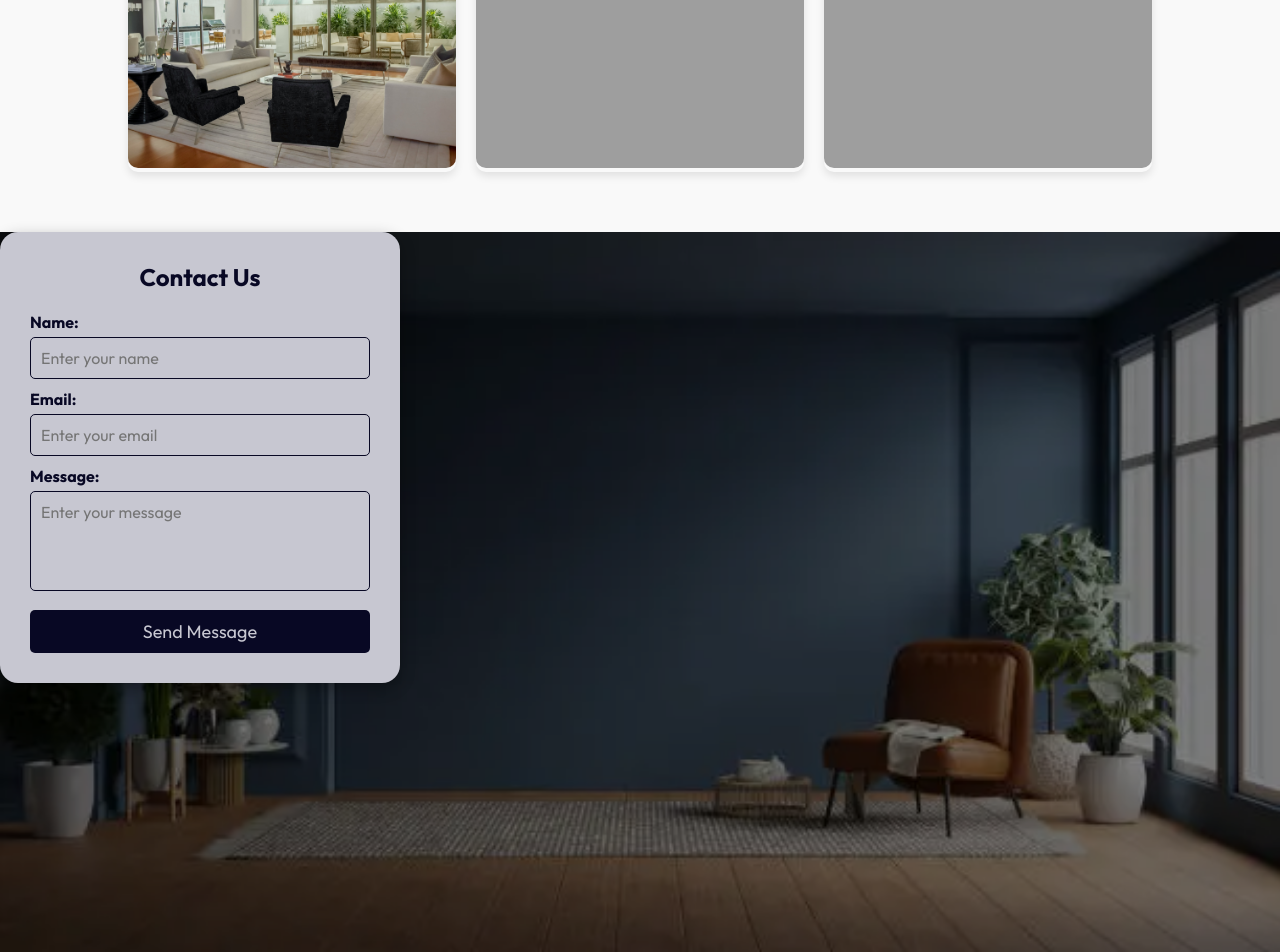
Repository: TechProjectss/Portfolio
Page: / (app in Merajweb/)
These files come from the project's save history. The page is drawn as it stood at one moment and after the next save; the edit follows.
The browser window is 1280 px wide. The pictures show the part of the page from y = 2747 to 3699 px (the page is 3699 px tall).
Pictures or frames that could not be fetched are drawn as grey boxes. The project was rebuilt for these pictures with package versions that can differ from the ones it lists, and the page was loaded fresh each time. Also part of the build but not shown: Merajweb/vite.config.js.

Above is the page before, as saved 2025-02-26 12:36:45.

After the next save:
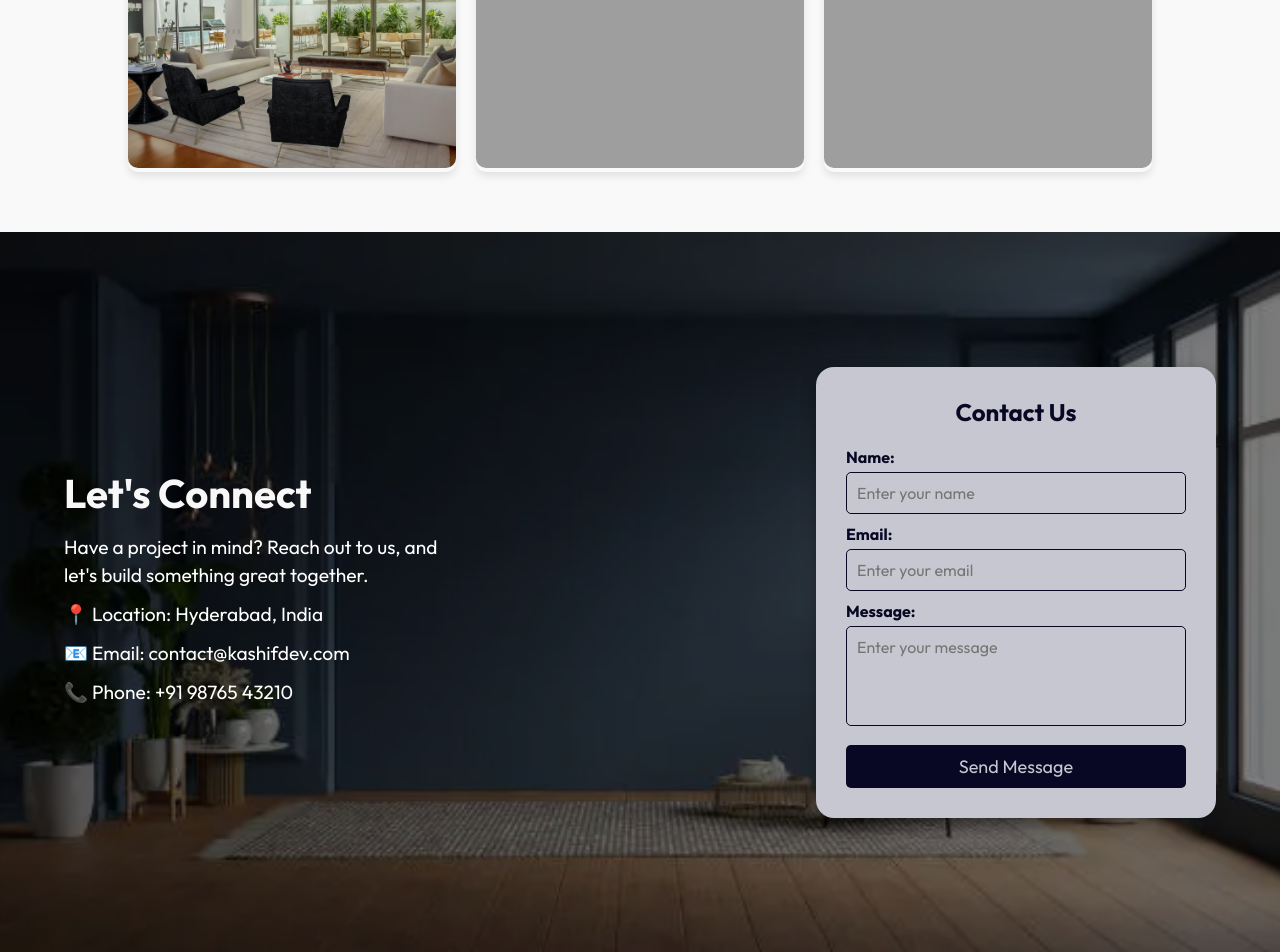
Saved 3 s later.
--- a/Merajweb/src/components/Contact/Contact.jsx
+++ b/Merajweb/src/components/Contact/Contact.jsx
@@ -4,22 +4,32 @@ import "./Contact.css";
 const Contact = () => {
     return (
         <div className="contact-page">
-            <div className="overlay">
-                <div className="contact-form">
-                    <h2>Contact Us</h2>
-                    <form>
-                        <label>Name:</label>
-                        <input type="text" placeholder="Enter your name" required />
+            <div className="overlay"></div>
 
-                        <label>Email:</label>
-                        <input type="email" placeholder="Enter your email" required />
+            {/* Left Side Content */}
+            <div className="contact-info">
+                <h1>Let's Connect</h1>
+                <p>Have a project in mind? Reach out to us, and let's build something great together.</p>
+                <p>📍 Location: Hyderabad, India</p>
+                <p>📧 Email: contact@kashifdev.com</p>
+                <p>📞 Phone: +91 98765 43210</p>
+            </div>
 
-                        <label>Message:</label>
-                        <textarea placeholder="Enter your message" required></textarea>
+            {/* Contact Form */}
+            <div className="contact-form">
+                <h2>Contact Us</h2>
+                <form>
+                    <label>Name:</label>
+                    <input type="text" placeholder="Enter your name" required />
 
-                        <button type="submit">Send Message</button>
-                    </form>
-                </div>
+                    <label>Email:</label>
+                    <input type="email" placeholder="Enter your email" required />
+
+                    <label>Message:</label>
+                    <textarea placeholder="Enter your message" required></textarea>
+
+                    <button type="submit">Send Message</button>
+                </form>
             </div>
         </div>
     );
